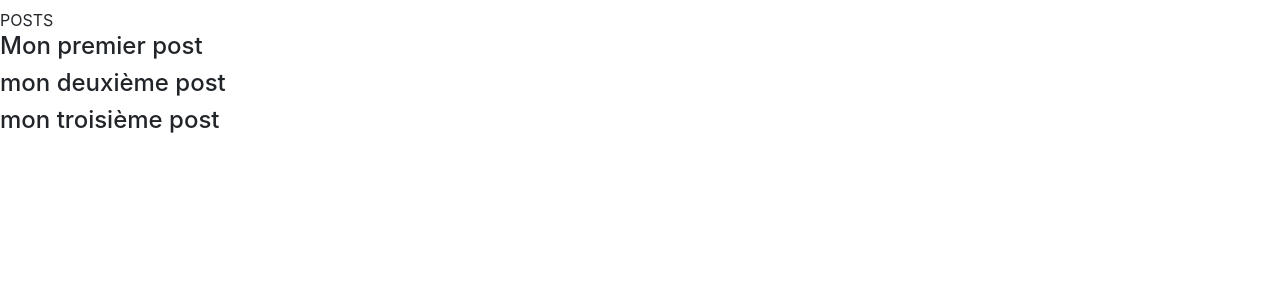
Repository: BillThePony/Ng-Blog-OC
Page: /
An editor plug-in stored every save of this project. The page is shown before and after a run of saves, followed by the edit.
The browser window is 1280 px wide. The pictures show the whole page.
The project was rebuilt for these pictures with package versions that can differ from the ones it lists, and the page was loaded fresh each time. Also part of the build but not shown: angular.json, src/app/post-list-item/post-list-item.component.ts.

Above is the page before, as saved 2018-10-08 15:17:20.

### src/index.html
<!doctype html>
<html lang="en">
<head>
  <meta charset="utf-8">
  <title>MonBlog</title>
  <base href="/">

  <meta name="viewport" content="width=device-width, initial-scale=1">
  <link rel="icon" type="image/x-icon" href="favicon.ico">
</head>
<body>
  <app-root></app-root>
</body>
</html>

### src/app/app.component.ts
import { Component } from '@angular/core';

@Component({
  selector: 'app-root',
  templateUrl: './app.component.html',
  styleUrls: ['./app.component.css']
})
export class AppComponent {
  title = 'mon-blog';
}

### src/app/post-list/post-list.component.ts
import { Component, OnInit } from "@angular/core";

@Component({
  selector: "app-post-list",
  templateUrl: "./post-list.component.html",
  styleUrls: ["./post-list.component.css"]
})
export class PostListComponent implements OnInit {
  post1 = "Mon premier post";
  post2 = "mon deuxième post";
  post3 = "mon troisième post";

  constructor() {}

  ngOnInit() {}
}

### src/app/app.component.html
<div>
  <ul class="list-group">
    <h2></h2>POSTS
    <app-post-list></app-post-list>
  </ul>
</div>

### src/app/post-list/post-list.component.html
<li class="list-grou-item">
  <div>
    <h4>{{post1}}</h4>

    <h4>{{post2}}</h4>

    <h4>{{post3}}</h4>
  </div>
</li>

Loaded but not shown: src/styles.css (common file); src/main.ts (common file); src/app/app.module.ts (common file); src/environments/environment.ts (common file); src/app/app.component.css (no stored copy; drawn as an empty file); src/app/post-list/post-list.component.css (no stored copy; drawn as an empty file)

After the next 2 saves:
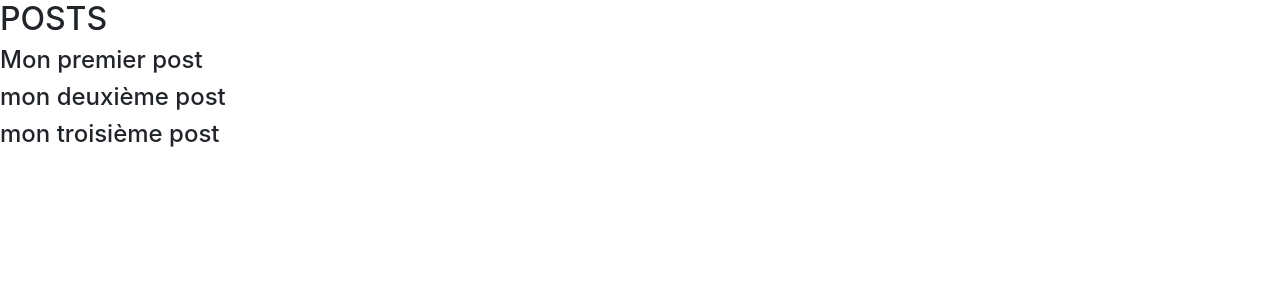
The 2 saves are shown as one change because they came seconds apart.
The last was saved 6 s later.
--- a/src/app/app.component.html
+++ b/src/app/app.component.html
@@ -1,6 +1,6 @@
 <div>
   <ul class="list-group">
-    <h2></h2>POSTS
+    <h2>POSTS</h2>
     <app-post-list></app-post-list>
   </ul>
 </div>
